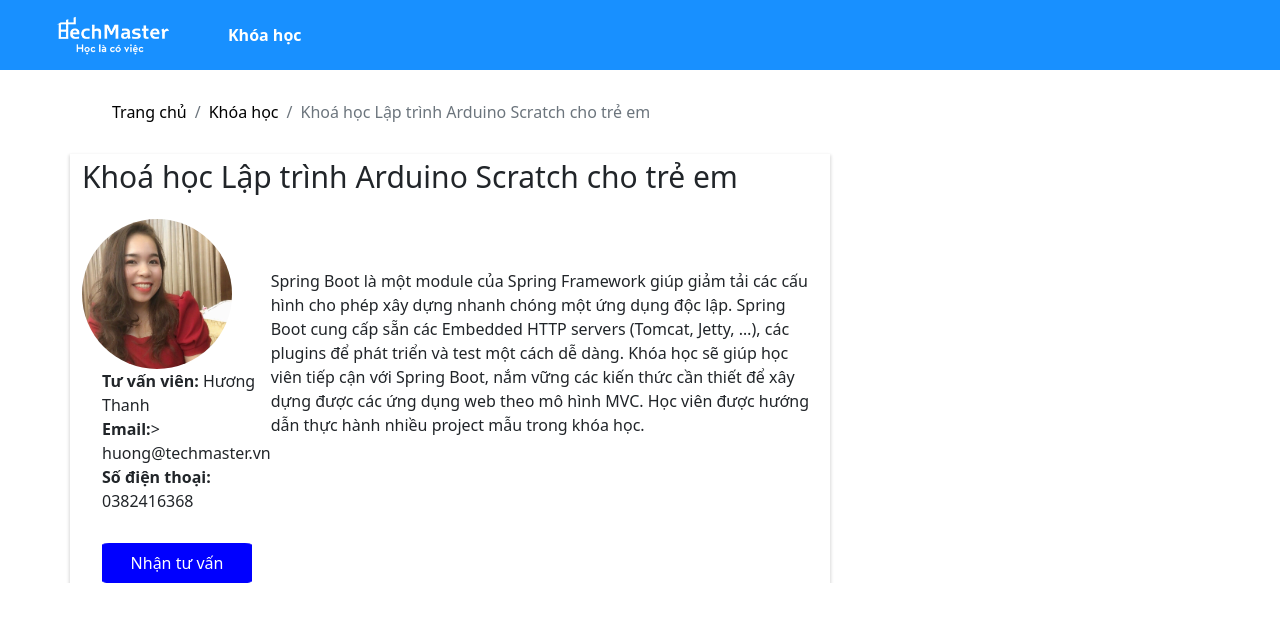
Repository: khanhnahk306/khanhnahk.github.io
Page: Clone_Techmaster/html/kid.html
The author's editor kept a copy of each file at every save. The page is drawn from the files as they stood at one save, then again after the next save.
The browser window is 1280 px wide. The pictures show the whole page.

Above is the page before, as saved 2022-06-10 13:29:11.

After the next save:
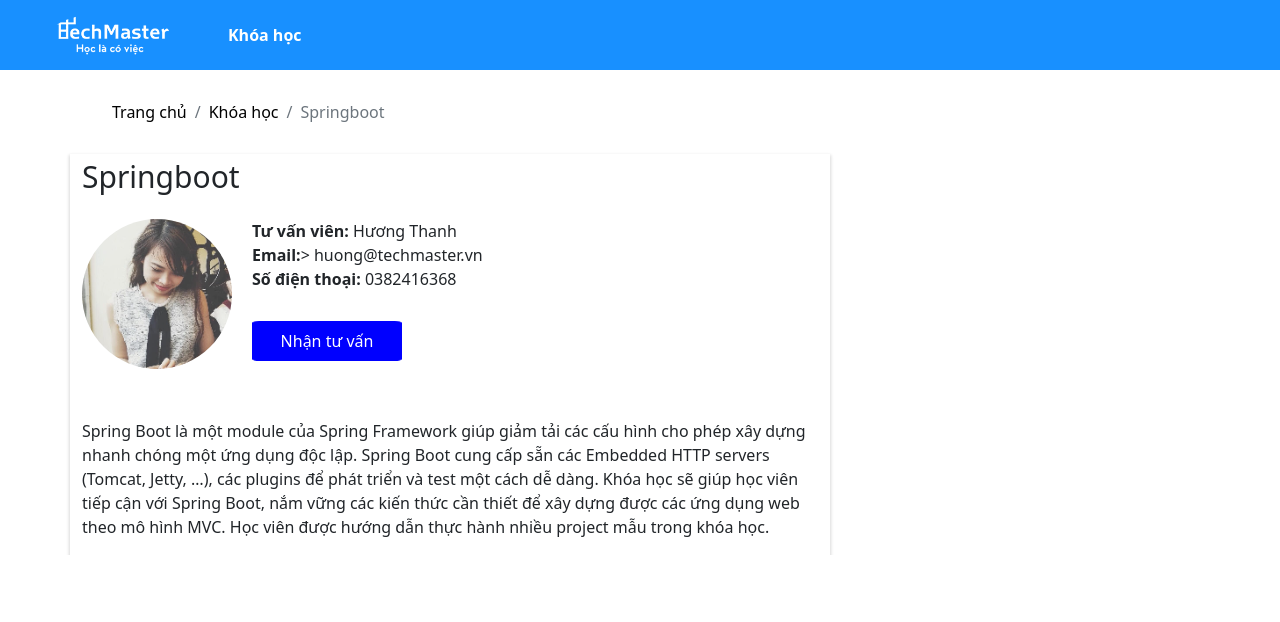
Saved 11 s later.
--- a/Clone_Techmaster/html/kid.html
+++ b/Clone_Techmaster/html/kid.html
@@ -53,16 +53,17 @@
                 <ul class="breadcrumb" style="margin: 30px;">
                     <li class="breadcrumb-item"><a href="../html/index.html">Trang chủ</a></li>
                     <li class="breadcrumb-item"><a href="#">Khóa học</a></li>
-                    <li class="breadcrumb-item active" aria-current="page">Khoá học Lập trình Arduino Scratch cho trẻ em</li>
+                    <li class="breadcrumb-item active" aria-current="page">Springboot</li>
                 </ul>
             </div>
         </div>
         <div class="row">
             <div class="col-sm-12 col-md-8" style="box-shadow: 0 2px 3px 1px rgb(0 0 0 / 15%);">
-                <div class="title" style="margin-bottom: 20px; font-size: 30px;">Khoá học Lập trình Arduino Scratch cho trẻ em</div>
+                <div class="title" style="margin-bottom: 20px; font-size: 30px;">Springboot</div>
                 <div class="support" style="display: flex;">
                     <div class="support-left">
-                        <img src="../picture/avatar2.png">
+                        <img src="../picture/avatar.png">
+                    </div>
                     <div class="support-right" style="margin-left: 20px;">
                         <span><b>Tư vấn viên:</b> Hương Thanh</span><br>
                         <span><b>Email:</b>> huong@techmaster.vn</span><br>
